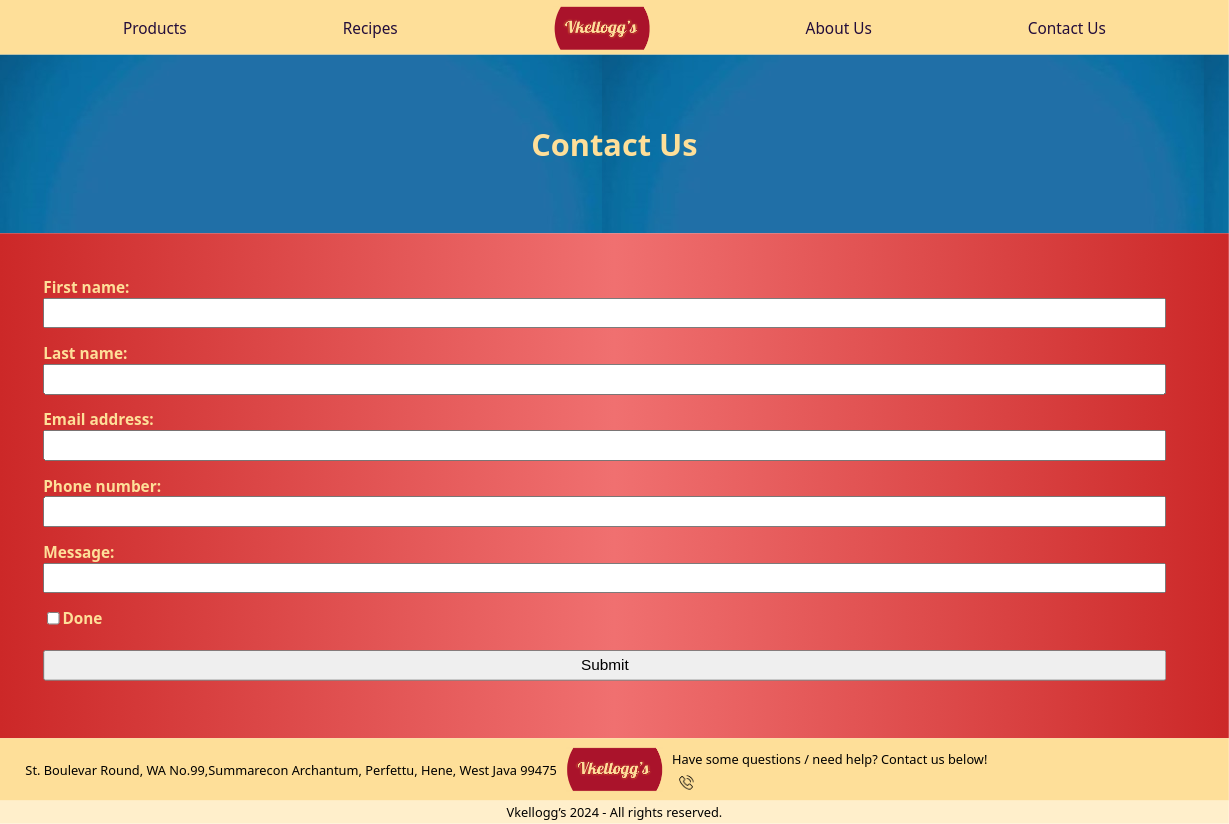
Repository: sugralld/VKelloggs
Page: Code and Assets/html/contactus.html
An editor plug-in stored every save of this project. The page is shown before and after the next save, followed by the edit.
The browser window is 1280 px wide. The pictures show the whole page, at 96% of full size.

Above is the page before, as saved 2024-12-03 21:15:49.

### Code and Assets/html/contactus.html
<!DOCTYPE html>
<html lang="en">
<head>
    <meta charset="UTF-8">
    <meta name="viewport" content="width=device-width, initial-scale=1.0">
    <title>Contact Us | Vkellogg's</title>
    <link rel="stylesheet" href="../css/headerfooternavbar.css">
    <link rel="stylesheet" href="../css/contactus.css">
</head>
<body>
    <!-- header navigation -->
    <header>
        <nav>
            <div class="navbar-menu">
                <div><a class="navbar-link1" href="../html/products.html">Products</a></div>
                <div><a class="navbar-link2" href="../html/recipes.html">Recipes</a></div>
                <div class="navbar-link3"><a href="../html/homepage.html"><img src="../asset/Screenshot 2024-05-30 105858.png" width="100" height="45" alt=""></a></div>
                <div><a class="navbar-link4" href="../html/aboutus.html">About Us</a></div>
                <div><a class="navbar-link5" href="../html/contactus.html">Contact Us</a></div>
            </div>
        </nav>
    </header>

    <!-- Header Contact Us -->
    <div class="header">
        <h1>Contact Us</h1>
    </div>

    <!-- Form Contact Us -->
     <div class="form">
        <form action="" method = "post">
            <label for="firstname">First name: </label>
            <input type="text" name="firstname" id="firstname">
            <br>

            <label for="lastname">Last name: </label>
            <input type="text" name="lastname" id="lastname">
            <br>

            <label for="email">Email address: </label>
            <input type="text" name="email" id="email">
            <br>

            <label for="phonenum">Phone number: </label>
            <input type="text" name="phonenum" id="phonenum">
            <br>

            <label for="message">Message: </label>
            <input type="text" name="message" id="message">
            <br>
            <div class="checkbox-container">
                <input type="checkbox" name="agreement" id="agreement">
                <label for="agreement">Done</label>
            </div>
            <br>

            <button type="button" onclick="validateData()">Submit</button>
        </form>
        <script src="../js/contactus.js"></script>
     </div>

     <!-- Footer -->
    <footer class="footer">
        <div class="upperfooter">
            <div class="footert1"><p>St. Boulevar Round, WA No.99,Summarecon Archantum, Perfettu, Hene, West Java 99475</p></div>
            <div class="footert2"><img src="../asset/Screenshot 2024-05-30 105858.png" width="100" height="45" alt=""></div>
            <div class="footert3">
                <p class="footert4">Have some questions / need help? Contact us below!</p>
                <a href="../html/contactus.html"><img src="../asset/image-removebg-preview (27).png" width="30" height="auto" alt=""></a>
            </div>
        </div>
        <div class="lowerfooter">
            <p class="textlowerfooter">Vkellogg’s 2024  -  All rights reserved.
            </p>
        </div>
     </footer>

</body>
</html>

### Code and Assets/css/headerfooternavbar.css
body {
    margin: 0;
    font-family: system-ui;
}

.navbar-menu{
    display: flex;
    justify-content: space-between;
    align-items: center;
    padding: 0px 10%;
    background-color: #FEDF99;
}

a:hover{
    background-color: #F5F5F5;
    border-radius: 30px;
    color: #CC2828;
}

.navbar-link1,.navbar-link2,.navbar-link4,.navbar-link5{
    font-family: system-ui;
    font-weight: 500;
    text-decoration: none;
    color: #230D3B;
}

.navbar-link3{
    display: block;
    margin-top: 0.7%;
    margin-bottom: 0px;
}

.footer{
    position: bot;
}

.upperfooter{
    display: flex;
    background-color: #FEDF99;
    justify-content: center;
    align-items: center;
}

.footert1,.footert3{
    padding: 0px 10px;
    display: block;
    width: 1200px;
    font-size: smaller;
}

.footert1{
    text-align: right;
}

.footert3{
    text-align: left;
}

.footert2{
    margin-top: 4px;
}

.lowerfooter{
    background-color: #FFEFCB;
    padding: 0;
    margin: 0px;
}

.textlowerfooter{
    margin: 0;
    padding: 3px;
    font-size: smaller;
    text-align: center;
}

.footert4{
    margin-bottom: 0;
}

### Code and Assets/css/contactus.css
.header{
    background-image: url(../asset/copydesktop-wallpaper-kellogg-s-frosted-flakes-breakfast-cereal-original-33-5-oz-box.jpg);
    display: block;
    padding: 50px;
    text-align: center;
    color: #FEDF99;
}

.form{
    background: linear-gradient(0.25turn,#CC2828,#F07070,#CC2828);
    padding: 45px;
    font-weight: bold;
    color: #FEDF99;
}

.form label{
    display: block;
}

.form input[type="text"],
.form button {
    width: calc(100% - 20px);
    max-width: 100%; /* Mencegah input melampaui layar */
    margin: 0 auto 15px; /* Jarak antar elemen */
    padding: 5px; /* Tambahkan padding untuk kenyamanan pengguna */
    box-sizing: border-box; /* Termasuk padding dalam perhitungan lebar */
    font-family: Arial, sans-serif; /* Ubah font */
    font-size: 16px;
}

.form .checkbox-container{
    display: flex;
}

.form .button{
    color: yellowgreen;
}

### Code and Assets/js/contactus.js
function wordLen(str) {
    const value = str.trim().split(/\s+/);
    return value.length;
}

function checkAlphaNum(password){
    var isAlpha = false;
    var isNum = false;
    for(let i=0; i<password.length; i++){
        if(isNaN(password[i])){
            isAlpha = true;
        }
        else{
            isNum = true;
        }

        if(isAlpha || isNum){
            return true;
        }
    }
    return false;
}


function validateData(){
    var firstname = document.getElementById("firstname");
    var lastname = document.getElementById("lastname");
    var email = document.getElementById("email");
    var phonenum = document.getElementById("phonenum");
    var message = document.getElementById("message");
    var agreement = document.getElementById("agreement");

    if(!checkAlphaNum(firstname.value)){
        alert("First name must be alphabet!");
    }
    else if(!checkAlphaNum(lastname.value)){
        alert("Last name must be alphabet!");
    }
    else if(!email.value.endsWith("@gmail.com")){
        alert("Email must end with '@gmail.com'!");
    }
    else if(!checkAlphaNum(phonenum.value)){
        alert("Phone number must be numeric!");
    }
    else if(wordLen(message.value)<5){
        alert("Message must be at least 5 words!");
    }
    else if(!agreement.checked){
        alert("'Done' checkbox must be checked!");
    }
    else{
        alert("Message Submitted.");
    }

}

After the next save:
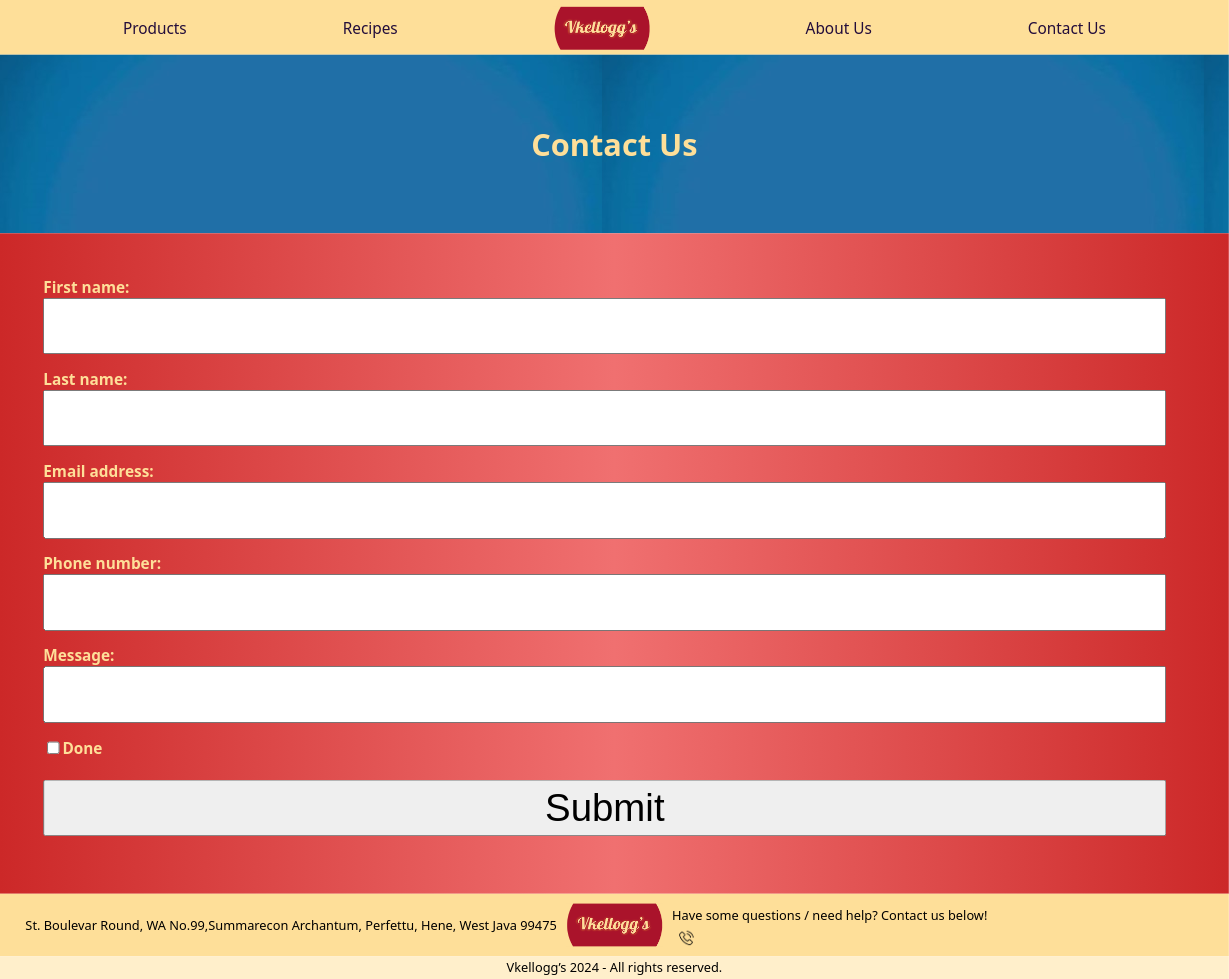
Saved 16 s later.
--- a/Code and Assets/css/contactus.css
+++ b/Code and Assets/css/contactus.css
@@ -25,7 +25,7 @@
     padding: 5px; /* Tambahkan padding untuk kenyamanan pengguna */
     box-sizing: border-box; /* Termasuk padding dalam perhitungan lebar */
     font-family: Arial, sans-serif; /* Ubah font */
-    font-size: 16px;
+    font-size: 40px;
 }
 
 .form .checkbox-container{

After the 2 saves that followed:
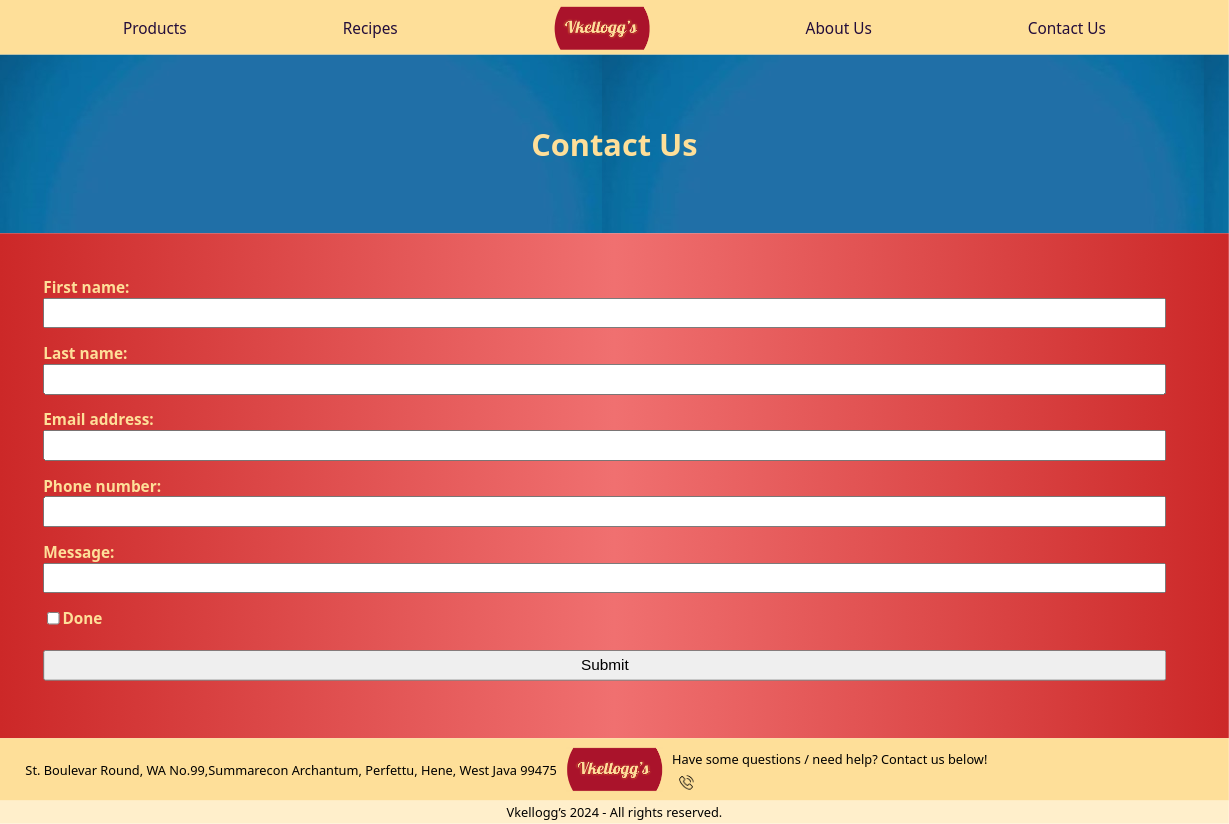
The 2 saves are shown as one change because they came seconds apart.
The last was saved 8 s later.
--- a/Code and Assets/css/contactus.css
+++ b/Code and Assets/css/contactus.css
@@ -25,7 +25,7 @@
     padding: 5px; /* Tambahkan padding untuk kenyamanan pengguna */
     box-sizing: border-box; /* Termasuk padding dalam perhitungan lebar */
     font-family: Arial, sans-serif; /* Ubah font */
-    font-size: 40px;
+    font-size: 16px;
 }
 
 .form .checkbox-container{
